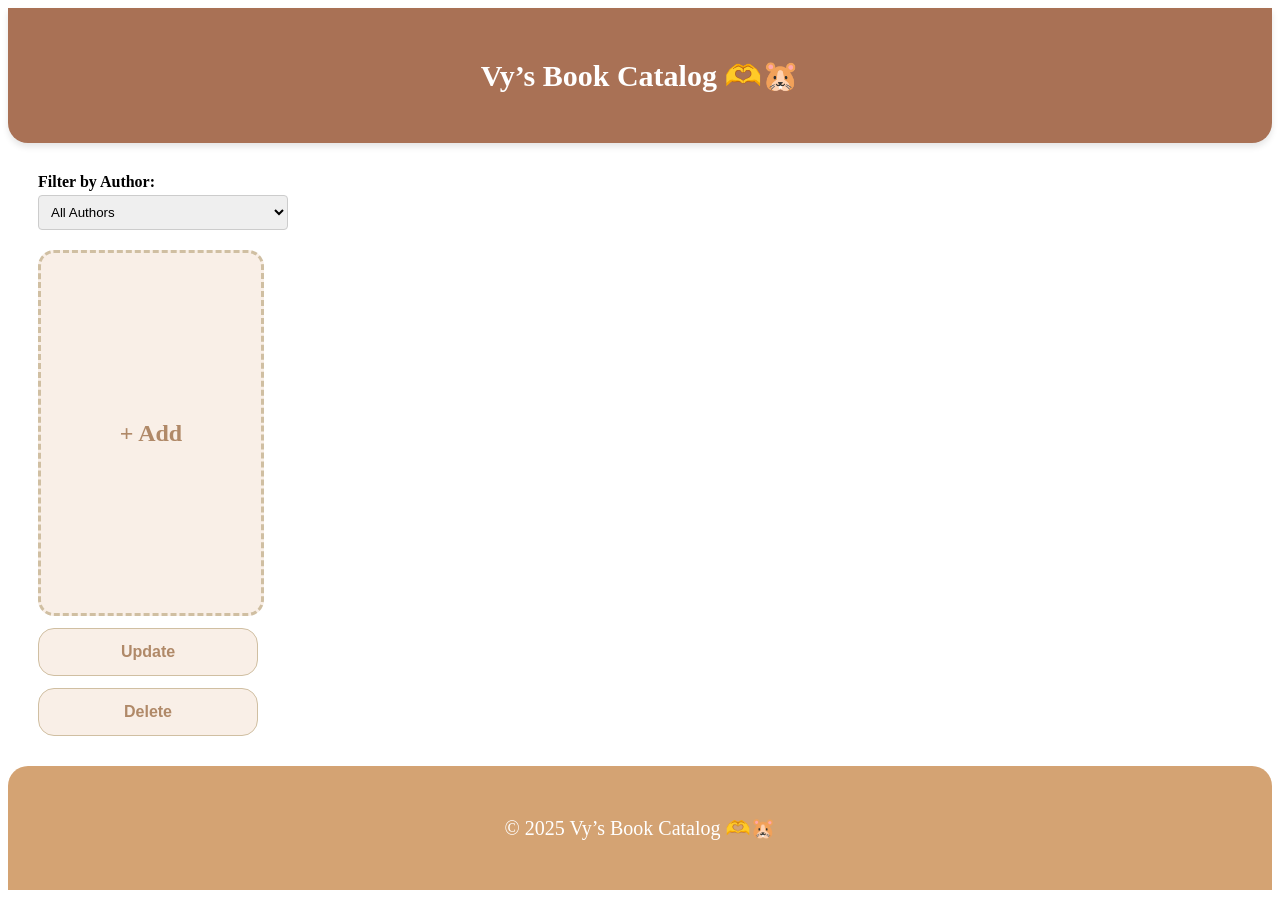
Repository: CucVyTrinh/book-catalog-v6
Page: /
These files come from the project's save history. The page is drawn as it stood at one moment and after the next save; the edit follows.
The browser window is 1280 px wide. The pictures show the whole page.
The project was rebuilt for these pictures with package versions that can differ from the ones it lists, and the page was loaded fresh each time. Also part of the build but not shown: vite.config.js, src/index.css, src/components/Book.jsx, src/components/AddBookModal.jsx, src/components/EditBookModal.jsx.

Above is the page before, as saved 2025-10-26 22:19:47.

### index.html
<!doctype html>
<html lang="en">
  <head>
    <meta charset="UTF-8" />
    <link rel="icon" type="image/svg+xml" href="/vite.svg" />
    <meta name="viewport" content="width=device-width, initial-scale=1.0" />
    <title>book-catalog-v4</title>
  </head>
  <body>
    <div id="root"></div>
    <script type="module" src="/src/main.jsx"></script>
  </body>
</html>

### src/App.jsx
import React, { useState, useEffect } from "react";
import "./App.css";

import Header from "./components/Header";
import Footer from "./components/Footer";
import LeftColumn from "./components/LeftColumn";
import BooksGrid from "./components/BooksGrid";
import AddBookModal from "./components/AddBookModal";
import EditBookModal from "./components/EditBookModal";

export default function App() {
  // Start empty to meet requirement: "The app should be empty of books initially."
  const [books, setBooks] = useState([]);

  const [showModal, setShowModal] = useState(false);
  const [showEditModal, setShowEditModal] = useState(false);
  const [selectedAuthor, setSelectedAuthor] = useState("");

  // Form matches the required fields in your screenshot
  const [form, setForm] = useState({
    title: "",
    author: "",
    publisher: "",
    year: "",
    language: "",
    pages: "",
    coverUrl: "",
  });

  // Load books from localStorage on component mount
  useEffect(() => {
    const savedBooks = localStorage.getItem('books');
    if (savedBooks) {
      setBooks(JSON.parse(savedBooks));
    }
  }, []);

  // Save books to localStorage whenever books change
  useEffect(() => {
    localStorage.setItem('books', JSON.stringify(books));
  }, [books]);

  const handleSelect = (clickedBook) => {
    setBooks((prev) =>
      prev.map((b) =>
        b.title === clickedBook.title
          ? { ...b, selected: !b.selected }
          : { ...b, selected: false }
      )
    );
  };

  const handleDelete = () => {
    setBooks((prev) => prev.filter((b) => !b.selected));
  };

  const handleAddBook = (e) => {
    e.preventDefault();

    const yearNum =
      String(form.year).trim() === "" ? null : Number(String(form.year).trim());
    const pagesNum =
      String(form.pages).trim() === "" ? null : Number(String(form.pages).trim());

    const newBook = {
      title: form.title.trim(),
      author: form.author.trim(),
      publisher: form.publisher.trim(),
      year: yearNum,
      language: form.language.trim(),
      pages: pagesNum,
      coverUrl:
        form.coverUrl?.trim() || "https://via.placeholder.com/150?text=Book+Cover",
      selected: false,
    };

    setBooks((prev) => [...prev, newBook]);

    setForm({
      title: "",
      author: "",
      publisher: "",
      year: "",
      language: "",
      pages: "",
      coverUrl: "",
    });
    setShowModal(false);
  };

  const handleUpdate = () => {
    const selectedBook = books.find(book => book.selected);
    if (selectedBook) {
      setForm({
        title: selectedBook.title,
        author: selectedBook.author,
        publisher: selectedBook.publisher || "",
        year: selectedBook.year || "",
        language: selectedBook.language || "",
        pages: selectedBook.pages || "",
        coverUrl: selectedBook.coverUrl || "",
      });
      setShowEditModal(true);
    } else {
      alert("Please select a book to edit");
    }
  };

  const handleEditBook = (e) => {
    e.preventDefault();

    const yearNum =
      String(form.year).trim() === "" ? null : Number(String(form.year).trim());
    const pagesNum =
      String(form.pages).trim() === "" ? null : Number(String(form.pages).trim());

    const updatedBook = {
      title: form.title.trim(),
      author: form.author.trim(),
      publisher: form.publisher.trim(),
      year: yearNum,
      language: form.language.trim(),
      pages: pagesNum,
      coverUrl:
        form.coverUrl?.trim() || "https://via.placeholder.com/150?text=Book+Cover",
      selected: false,
    };

    setBooks((prev) =>
      prev.map((book) => (book.selected ? updatedBook : book))
    );

    setForm({
      title: "",
      author: "",
      publisher: "",
      year: "",
      language: "",
      pages: "",
      coverUrl: "",
    });
    setShowEditModal(false);
  };

  const handleAuthorFilterChange = (author) => {
    setSelectedAuthor(author);
  };

  // Get unique authors for filter dropdown
  const authors = [...new Set(books.map(book => book.author))].sort();

  // Filter books based on selected author
  const filteredBooks = selectedAuthor
    ? books.filter(book => book.author === selectedAuthor)
    : books;

  return (
    <div style={{ display: "flex", flexDirection: "column", minHeight: "100vh" }}>
      <Header title="Vy’s Book Catalog 🫶🐹" />
      <main style={{ flex: 1, padding: "30px" }}>
        <div style={{ display: "grid", gridTemplateColumns: "250px 1fr", gap: "12px" }}>
          <LeftColumn
            onOpenAdd={() => setShowModal(true)}
            onUpdate={handleUpdate}
            onDelete={handleDelete}
            authors={authors}
            selectedAuthor={selectedAuthor}
            onAuthorFilterChange={handleAuthorFilterChange}
          />
          <BooksGrid books={filteredBooks} onSelect={handleSelect} />
        </div>
      </main>
      <Footer />

      <AddBookModal
        open={showModal}
        form={form}
        setForm={setForm}
        onClose={() => setShowModal(false)}
        onSubmit={handleAddBook}
      />

      <EditBookModal
        open={showEditModal}
        form={form}
        setForm={setForm}
        onClose={() => setShowEditModal(false)}
        onSubmit={handleEditBook}
      />
    </div>
  );
}

### src/App.css
/* ===== Books Grid ===== */
.books-grid {
    display: grid;
    grid-template-columns: repeat(auto-fit, minmax(250px, 1fr));
    gap: 12px;
    justify-items: center;
    align-items: start;
}

/* ===== Add Button ===== */
.add-button {
    display: flex;
    justify-content: center;
    align-items: center;
    border: 3px dashed #d0bfa2;
    background: #f9efe7;
    color: #b08968;
    font-size: 24px;
    font-weight: bold;
    height: 360px;
    width: 220px;
    /* match book card width */
    border-radius: 16px;
    cursor: pointer;
    transition: transform 0.2s ease, background 0.2s ease;
}

.add-button:hover {
    transform: scale(1.05);
    background: #f0e3d9;
}

/* ===== Left Column Buttons ===== */
.left-column {
    display: flex;
    flex-direction: column;
    gap: 12px;
    /* spacing between buttons */
}

.left-column button {
    width: 220px;
    /* match Add button width */
    padding: 14px 0;
    font-size: 16px;
    font-weight: bold;
    border-radius: 16px;
    border: 1px solid #d0bfa2;
    background: #f9efe7;
    color: #b08968;
    cursor: pointer;
    transition: all 0.2s ease;
}

.left-column button:hover {
    background: #f0e3d9;
    color: #a46d4a;
    border-color: #b08968;
}

/* ===== Modal Overlay ===== */
.modal-overlay {
    position: fixed;
    top: 0;
    left: 0;
    right: 0;
    bottom: 0;
    background: rgba(0, 0, 0, 0.5);
    display: flex;
    justify-content: center;
    align-items: center;
    z-index: 100;
    padding: 20px;
}

/* ===== Modal Form ===== */
.modal-form {
    background: #fff;
    padding: 40px;
    border-radius: 20px;
    display: flex;
    flex-direction: column;
    gap: 18px;
    min-width: 450px;
    max-width: 90vw;
    box-shadow: 0 8px 20px rgba(0, 0, 0, 0.3);
}

.modal-form h2 {
    text-align: center;
    font-size: 28px;
    margin-bottom: 16px;
}

.modal-form input {
    padding: 12px;
    font-size: 16px;
    border-radius: 8px;
    border: 1px solid #ccc;
}

.modal-form button {
    padding: 12px;
    font-size: 18px;
    font-weight: bold;
    border-radius: 10px;
    border: none;
    background-color: #d68d5c;
    color: white;
    cursor: pointer;
    transition: all 0.2s ease;
}

.modal-form button:hover {
    background-color: #edc3a5;
}

/* ===== Book Card ===== */
.book-card {
    width: 220px;
    height: 360px;
    border-radius: 16px;
    padding: 16px;
    display: flex;
    flex-direction: column;
    justify-content: space-between;
    align-items: center;
    background: #fdf6f0;
    box-shadow: 0 4px 8px rgba(0, 0, 0, 0.08);
    position: relative;
    cursor: pointer;
    transition: all 0.2s ease;
}

.book-card.selected {
    background: #ffe0b3;
    box-shadow: 0 0 0 3px #b08968;
}

.book-card img {
    max-width: 100%;
    max-height: 140px;
    object-fit: contain;
}

.book-card h3 {
    font-size: 15px;
    font-weight: bold;
    text-align: center;
}

.book-card p {
    font-size: 13px;
    color: #8b6f47;
}

.book-card a {
    font-size: 13px;
    background: #b08968;
    color: white;
    padding: 6px 10px;
    border-radius: 8px;
    text-decoration: none;
}

.book-card button.remove-btn {
    position: absolute;
    top: 8px;
    right: 8px;
    background: #e74c3c;
    color: white;
    border: none;
    border-radius: 50%;
    width: 24px;
    height: 24px;
    cursor: pointer;
}

### src/components/Header.jsx
// src/components/Header.jsx
import React from "react";

export default function Header({ title }) {
  return (
    <header
      style={{
        padding: "50px",
        background: "#a97155",
        color: "white",
        textAlign: "center",
        borderBottomLeftRadius: "20px",
        borderBottomRightRadius: "20px",
        boxShadow: "0 4px 6px rgba(0,0,0,0.1)",
      }}
    >
      <h1 style={{ margin: 0, fontSize: "30px" }}>{title}</h1>
    </header>
  );
}

### src/components/Footer.jsx
// src/components/Footer.jsx
import React from "react";

export default function Footer() {
  return (
    <footer
      style={{
        textAlign: "center",
        padding: "50px",
        fontSize: "20px",
        background: "#d4a373",
        color: "#fff",
        borderTopLeftRadius: "20px",
        borderTopRightRadius: "20px",
        marginTop: "auto",
      }}
    >
      © {new Date().getFullYear()} Vy’s Book Catalog 🫶🐹
    </footer>
  );
}

### src/components/LeftColumn.jsx
// src/components/LeftColumn.jsx
import React from "react";

export default function LeftColumn({ onOpenAdd, onUpdate, onDelete, authors, selectedAuthor, onAuthorFilterChange }) {
  return (
    <div className="left-column" style={{ display: "flex", flexDirection: "column", gap: "12px" }}>
      <div style={{ marginBottom: "8px" }}>
        <label htmlFor="author-filter" style={{ display: "block", marginBottom: "4px", fontWeight: "bold" }}>
          Filter by Author:
        </label>
        <select
          id="author-filter"
          value={selectedAuthor}
          onChange={(e) => onAuthorFilterChange(e.target.value)}
          style={{ width: "100%", padding: "8px", borderRadius: "4px", border: "1px solid #ccc" }}
        >
          <option value="">All Authors</option>
          {authors.map((author) => (
            <option key={author} value={author}>
              {author}
            </option>
          ))}
        </select>
      </div>
      <div className="add-button" onClick={onOpenAdd}>+ Add</div>
      <button onClick={onUpdate}>Update</button>
      <button onClick={onDelete}>Delete</button>
    </div>
  );
}

### src/components/BooksGrid.jsx
// src/components/BooksGrid.jsx
import React from "react";
import Book from "./Book";

export default function BooksGrid({ books, onSelect }) {
  return (
    <div className="books-grid" style={{ display: "flex", flexWrap: "wrap", gap: "12px" }}>
      {books.map((book) => (
        <Book key={book.title} book={book} onSelect={onSelect} />
      ))}
    </div>
  );
}

Loaded but not shown: src/main.jsx (common file)

After the next save:
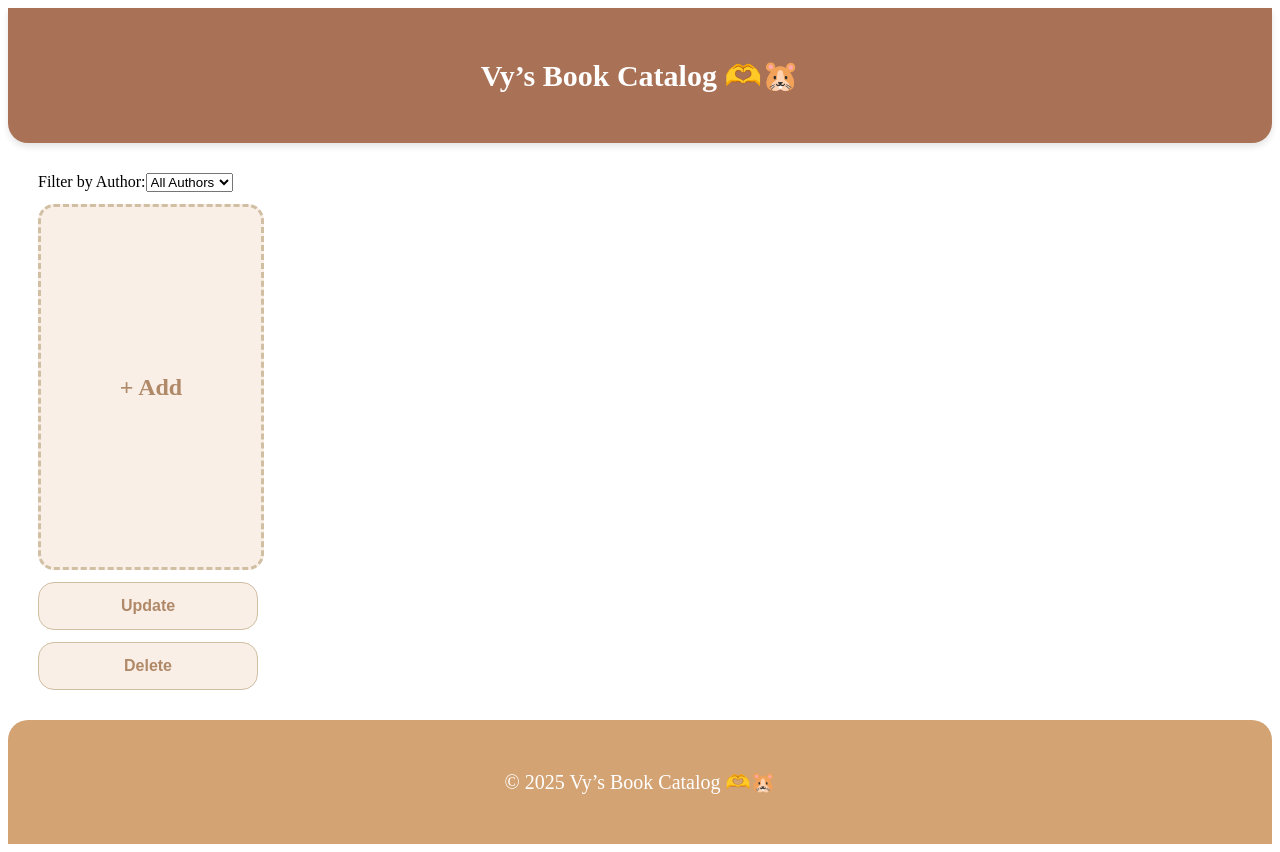
Saved 8 min 45 s later.
--- a/src/components/LeftColumn.jsx
+++ b/src/components/LeftColumn.jsx
@@ -3,16 +3,16 @@ import React from "react";
 
 export default function LeftColumn({ onOpenAdd, onUpdate, onDelete, authors, selectedAuthor, onAuthorFilterChange }) {
   return (
-    <div className="left-column" style={{ display: "flex", flexDirection: "column", gap: "12px" }}>
-      <div style={{ marginBottom: "8px" }}>
-        <label htmlFor="author-filter" style={{ display: "block", marginBottom: "4px", fontWeight: "bold" }}>
+    <div className="left-column">
+      <div className="filter-section">
+        <label htmlFor="author-filter" className="filter-label">
           Filter by Author:
         </label>
         <select
           id="author-filter"
+          className="filter-dropdown"
           value={selectedAuthor}
           onChange={(e) => onAuthorFilterChange(e.target.value)}
-          style={{ width: "100%", padding: "8px", borderRadius: "4px", border: "1px solid #ccc" }}
         >
           <option value="">All Authors</option>
           {authors.map((author) => (
